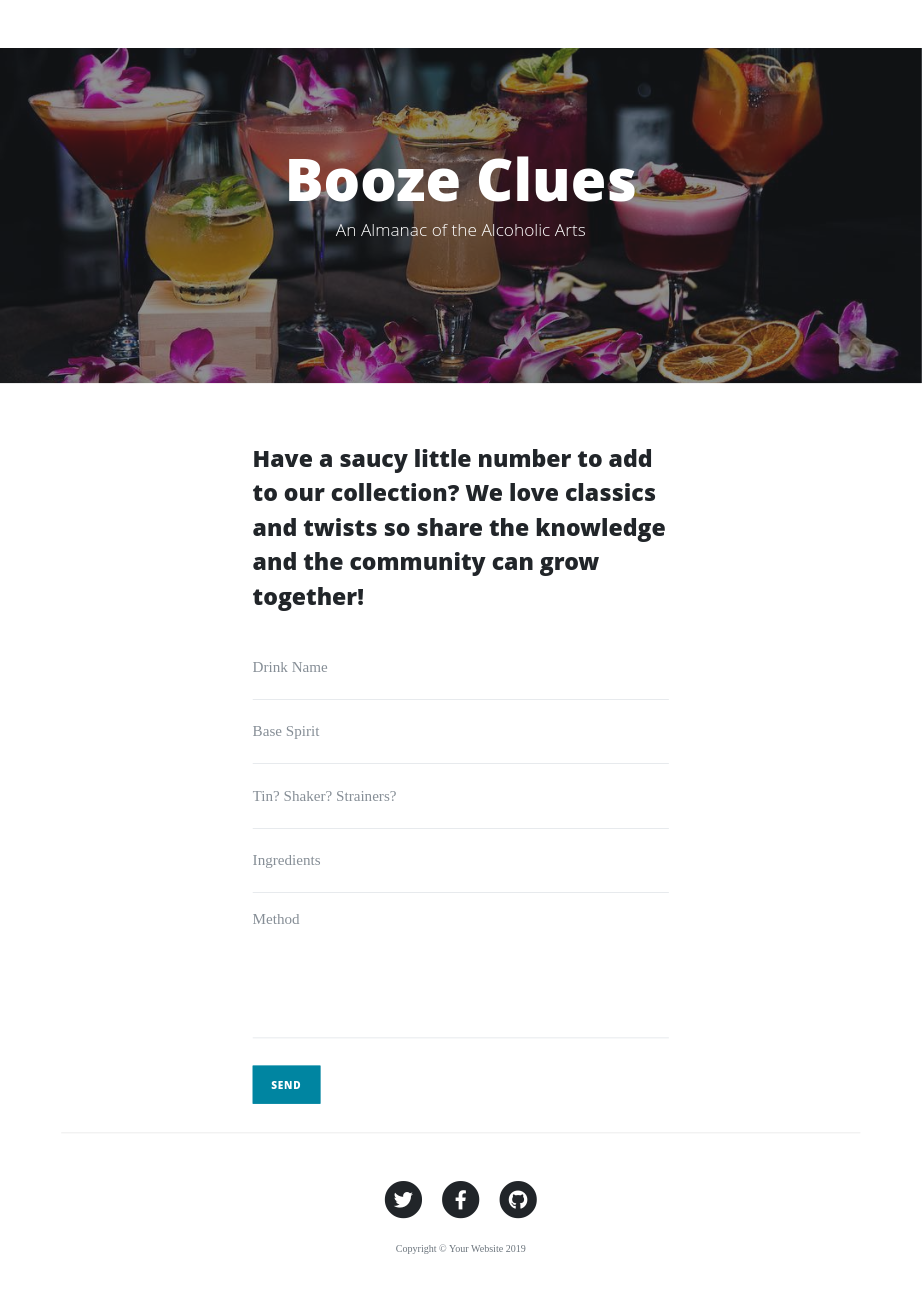
Repository: LiamB123/Booze-Clues
Page: http://localhost/add_recipe
The author's editor kept a record of every edit. The page is drawn from the files as they stood at one moment, then again after the next edit.
The browser window is 1280 px wide. The pictures show the whole page, at 72% of full size.
Some web fonts or font styles are not loaded; a fallback is used. The page is served by the project's application, run on Flask 3 (app.py). Queries for data that is not in the repository find no rows.

Above is the page before.

After the next edit:
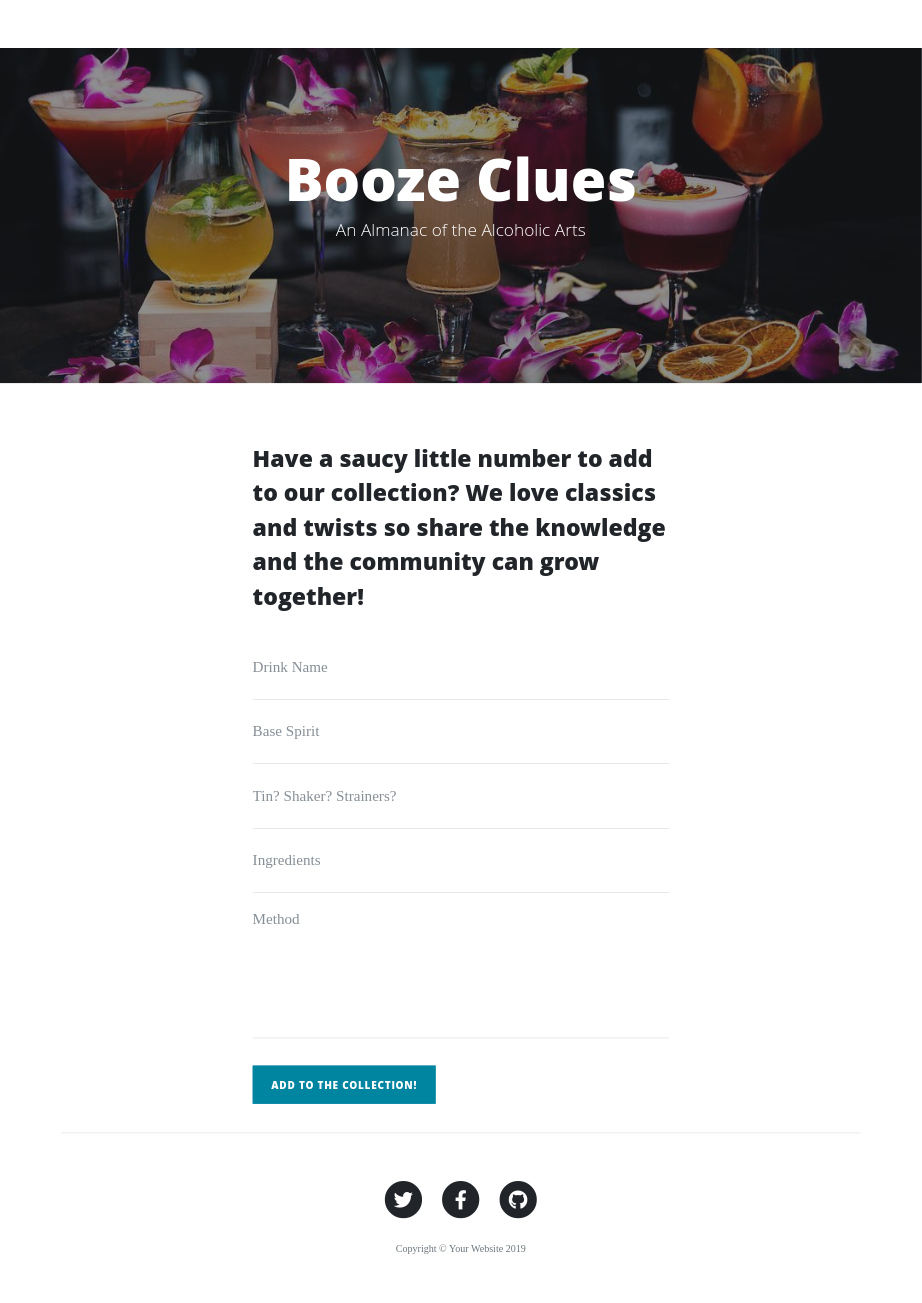
The edit:
--- a/templates/add_recipe.html
+++ b/templates/add_recipe.html
@@ -48,7 +48,7 @@
                         <br>
                         <div id="success"></div>
                         <div class="form-group">
-                            <button type="submit" class="btn btn-primary" id="sendMessageButton" name="action">Send</button>
+                            <button type="submit" class="btn btn-primary" id="sendMessageButton" name="action">Add to the Collection!</button>
                         </div>
             </form>
             </div>
